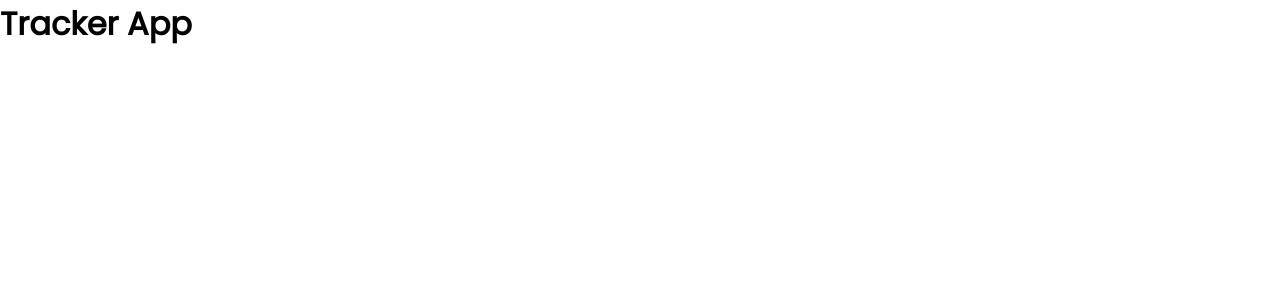
Repository: Samkiroko/task-tracker-app
Page: /
An editor plug-in stored every save of this project. The page is shown before and after the next save, followed by the edit.
The browser window is 1280 px wide. The pictures show the whole page.
The project was rebuilt for these pictures with package versions that can differ from the ones it lists, and the page was loaded fresh each time.

Above is the page before, as saved 2021-08-02 13:26:18.

After the next save:
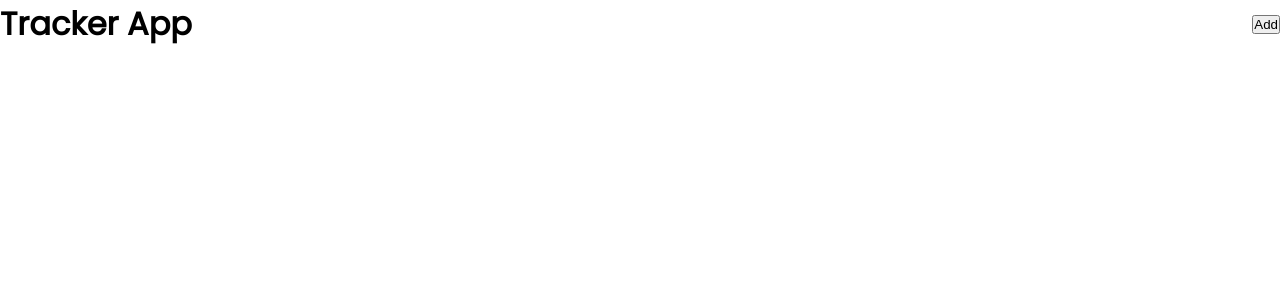
Saved 58 s later.
--- a/src/components/Header.js
+++ b/src/components/Header.js
@@ -2,8 +2,9 @@ import React from 'react'
 
 const Header = ({ title }) => {
   return (
-    <header>
+    <header className='header'>
       <h1>{title}</h1>
+      <button>Add</button>
     </header>
   )
 }
